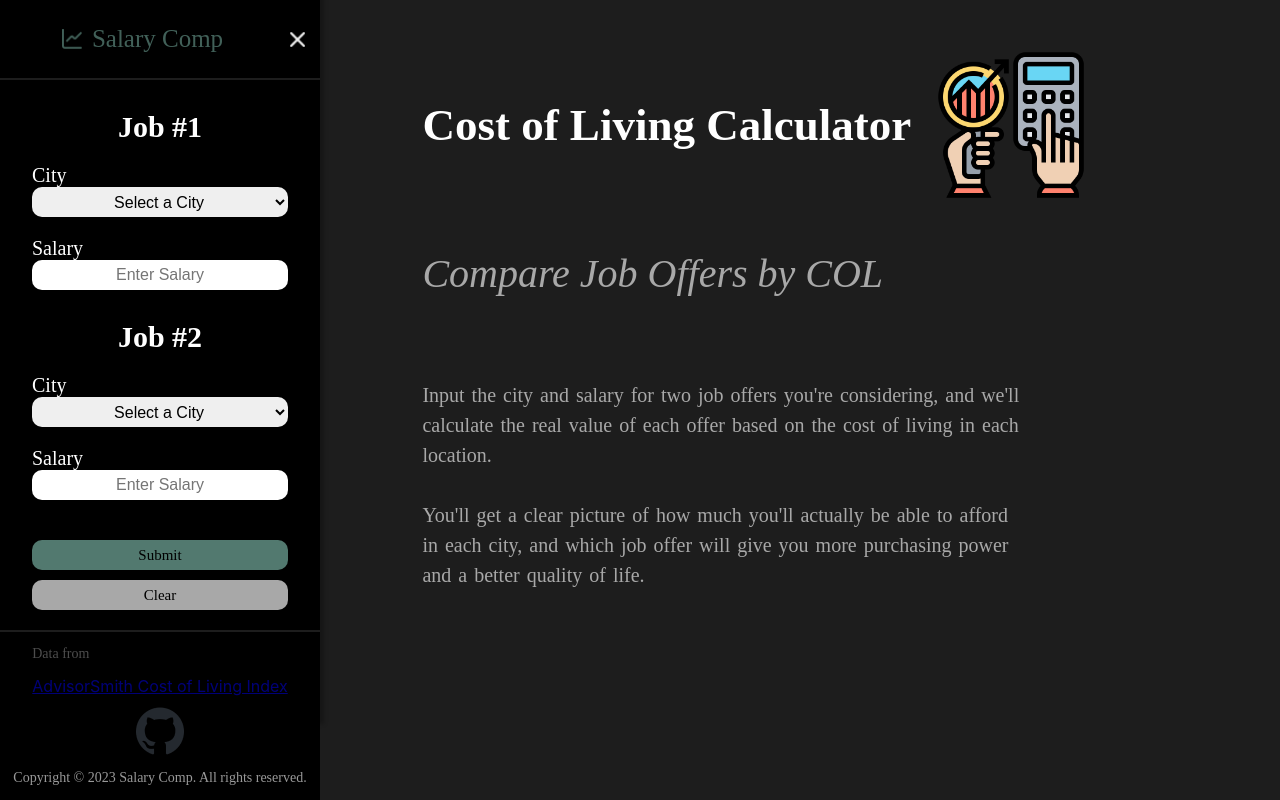
Repository: robbymcd/Salary-Comp
Page: /
These files come from the project's save history. The page is drawn as it stood at one moment and after the next save; the edit follows.
The browser window is 1280 px wide. The pictures show the whole page.
The pointer rests on the first visible `.hiw`.
Some web fonts or font styles are not loaded; a fallback is used. The project was rebuilt for these pictures with package versions that can differ from the ones it lists, and the page was loaded fresh each time. Also part of the build but not shown: src/Main.css, src/Main.js.

Above is the page before, as saved 2023-06-16 11:34:36.

After the next save:
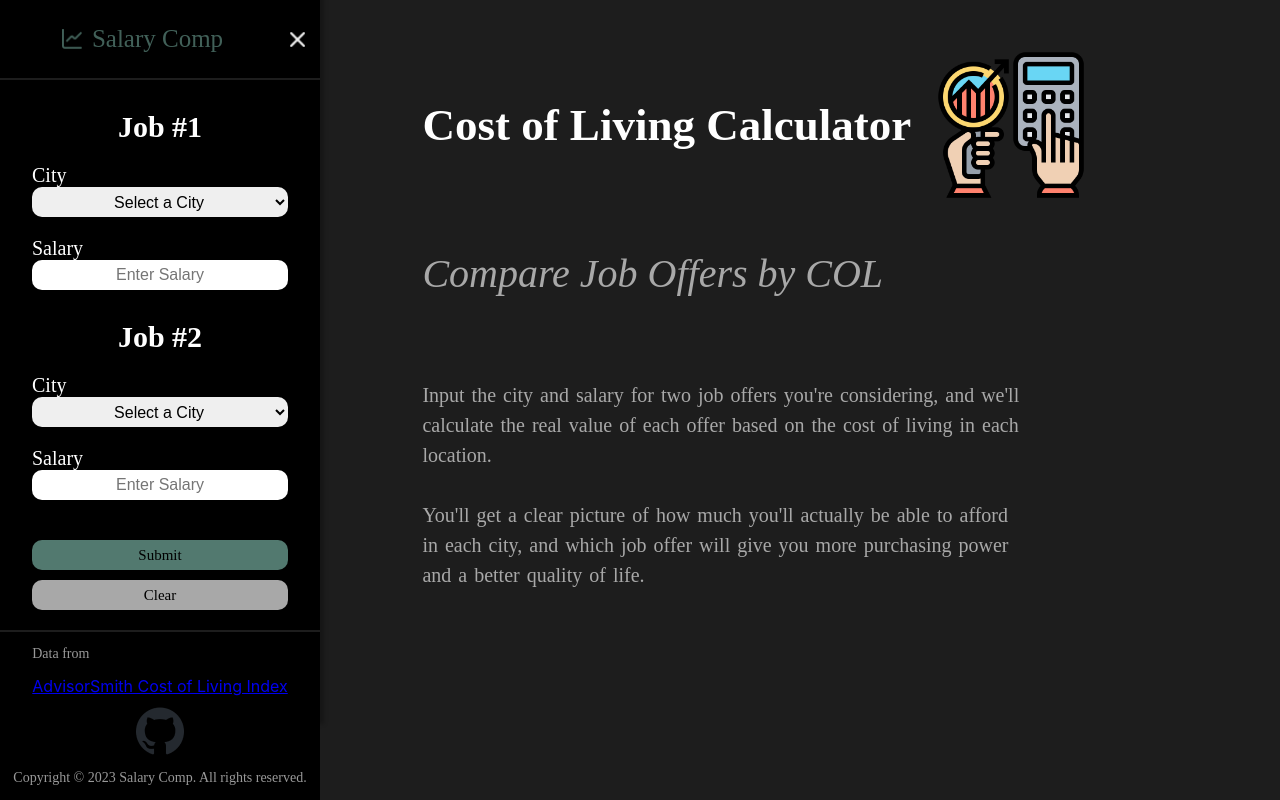
Saved 23 s later.
--- a/src/OpenSidebar.css
+++ b/src/OpenSidebar.css
@@ -163,10 +163,6 @@ input {
     cursor: pointer;
 }
 
-.hiw:hover {
-    opacity: 0.5;
-}
-
 .github {
     height: 50px;
     width: 50px;
